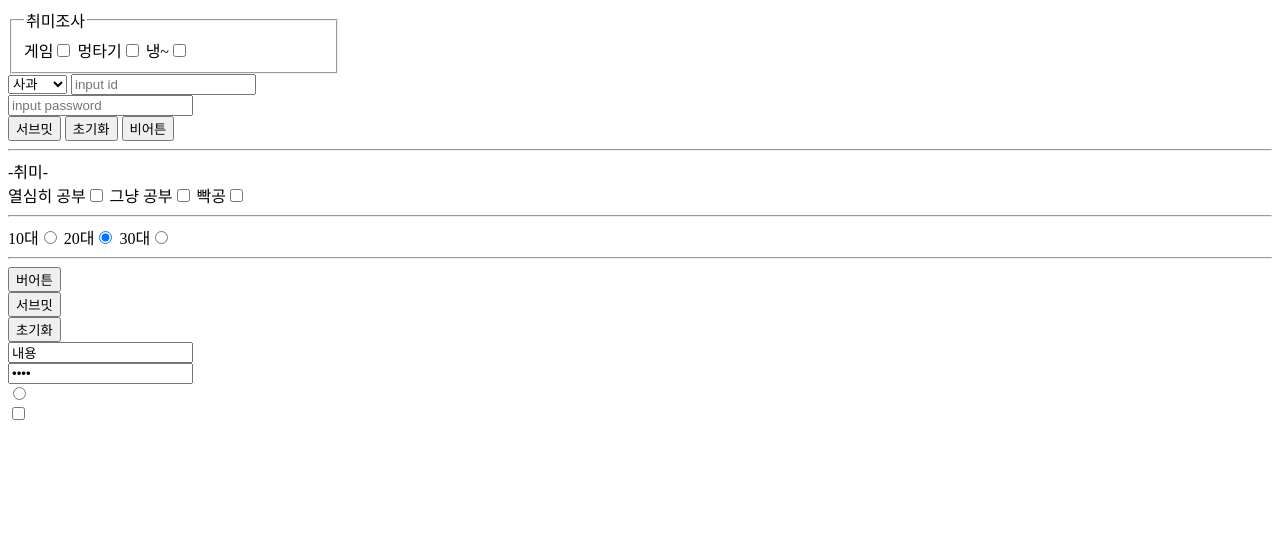
Repository: jwlee0714/HTML
Page: html/day02.html
The author's editor kept a copy of each file at every save. The page is drawn from the files as they stood at one save, then again after the next save.
The browser window is 1280 px wide. The pictures show the whole page.

Above is the page before, as saved 2021-10-05 07:46:14.

After the next save:
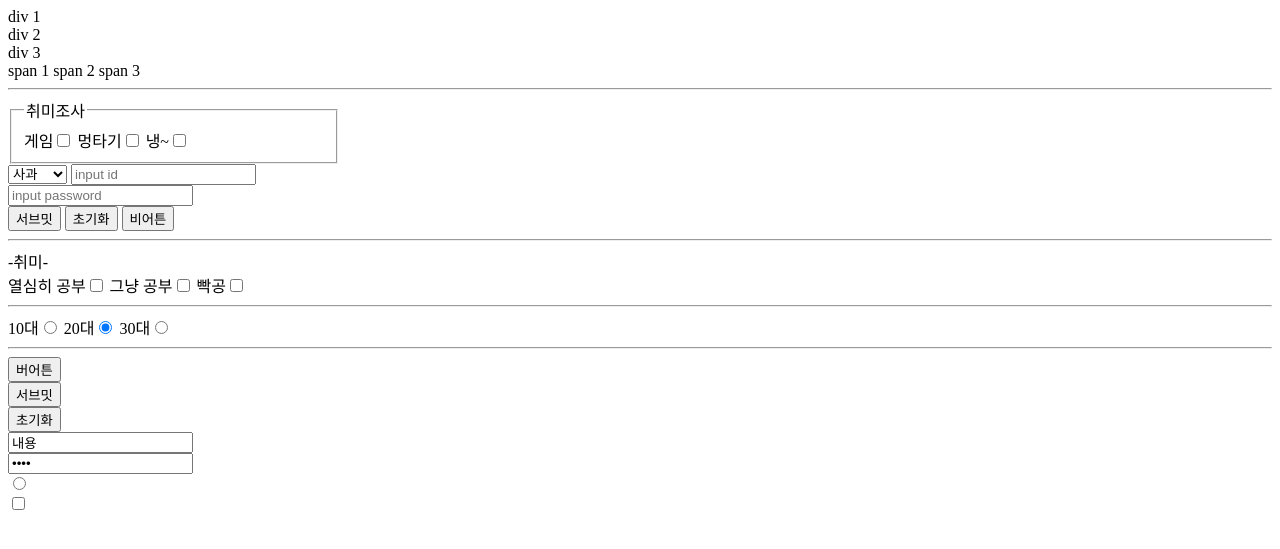
Saved 115 s later.
--- a/html/day02.html
+++ b/html/day02.html
@@ -5,6 +5,15 @@
 <title>Insert title here</title>
 </head>
 <body>
+	<div>div 1</div>
+	<div>div 2</div>
+	<div>div 3</div>
+
+	<span>span 1</span>
+	<span>span 2</span>
+	<span>span 3</span>
+
+<hr>
 
 	<fieldset style="width:300px;">
 		<legend>취미조사</legend>
